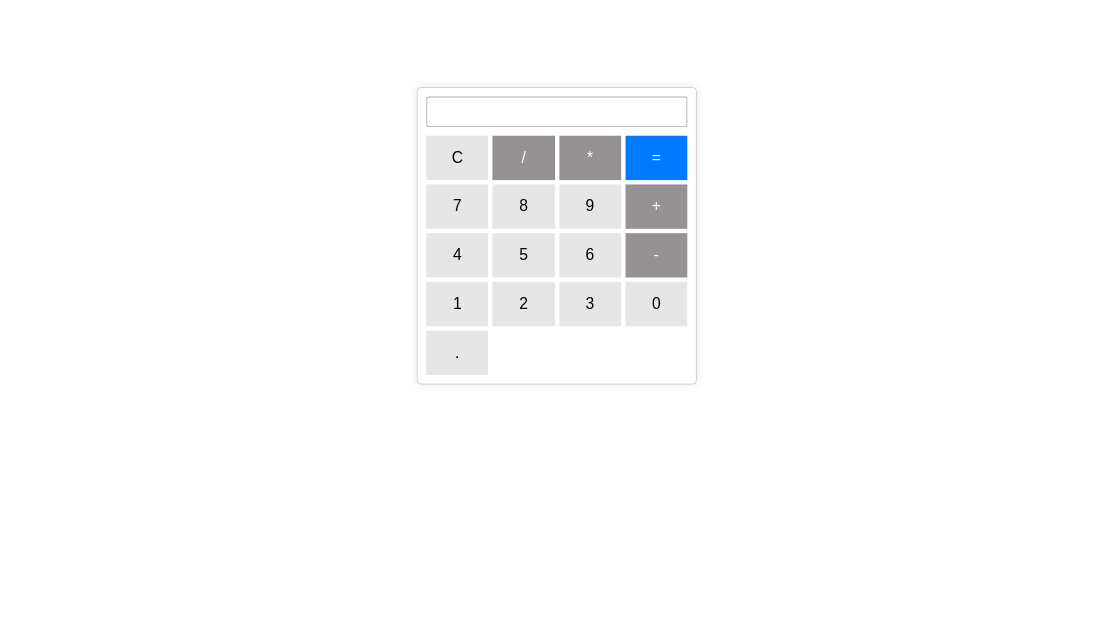
Repository: om9011/calculator
Page: index.html
The author's editor kept a copy of each file at every save. The page is drawn from the files as they stood at one save, then again after the next save.
The browser window is 1280 px wide. The pictures show the whole page, at 87% of full size.

Above is the page before, as saved 2024-02-21 11:08:39.

### index.html
<!DOCTYPE html>
<html lang="en">
<head>
  <meta charset="UTF-8">
  <meta name="viewport" content="width=device-width, initial-scale=1.0">
  <title>Calculator</title>
  <link rel="stylesheet" href="styles.css">
</head>
<body>
  <div class="calculator">
    <input type="text" id="display" readonly>
    <div class="buttons">
      <button onclick="clearDisplay()">C</button>
      <button class="operator" onclick="appendToDisplay('/')">/</button>
      <button class="operator" onclick="appendToDisplay('*')">*</button>
      <button class="calculate" onclick="calculate()">=</button>

      <button onclick="appendToDisplay('7')">7</button>
      <button onclick="appendToDisplay('8')">8</button>
      <button onclick="appendToDisplay('9')">9</button>
      <button class="operator" onclick="appendToDisplay('+')">+</button>

      <button onclick="appendToDisplay('4')">4</button>
      <button onclick="appendToDisplay('5')">5</button>
      <button onclick="appendToDisplay('6')">6</button>
      <button class="operator" onclick="appendToDisplay('-')">-</button>

      <button onclick="appendToDisplay('1')">1</button>
      <button onclick="appendToDisplay('2')">2</button>
      <button onclick="appendToDisplay('3')">3</button>
      <button onclick="appendToDisplay('0')">0</button>

      <button onclick="appendToDisplay('.')">.</button>
    </div>
  </div>
  <script src="script.js"></script>
</body>
</html>

### styles.css
.calculator {
  width: 300px;
  margin: 100px auto;
  border: 1px solid #ccc;
  padding: 10px;
  border-radius: 5px;
  box-shadow: 0 0 10px rgba(0, 0, 0, 0.1);
}

#display {
  width: calc(100% - 12px);
  margin-bottom: 10px;
  padding: 5px;
  font-size: 20px;
  border: 1.5px solid rgba(77, 77, 77, 0.447)  ;
  border-radius: 3px;
  outline: none;
}

.buttons {
  display: grid;
  grid-template-columns: repeat(4, 1fr);
  gap: 5px;
}

button {
  padding: 15px;
  font-size: 18px;
  border: none;
  outline: none;
  cursor: pointer;
  background-color: #e7e6e6;
  transition: background-color 0.3s ease;
}

button:hover {
  background-color: #e9ecef;
  color: black;
}

.operator {
  background-color: #969293;
  color: #fff;
}

.calculate {
  background-color: #007bff;
  color: #fff;
}

### script.js
function appendToDisplay(value) {
    document.getElementById('display').value += value;
  }

  function clearDisplay() {
    document.getElementById('display').value = '';
  }

  function calculate() {
    var display = document.getElementById('display');
    try {
      display.value = eval(display.value);
    } catch (error) {
      display.value = 'Error';
    }
  }

After the next save:
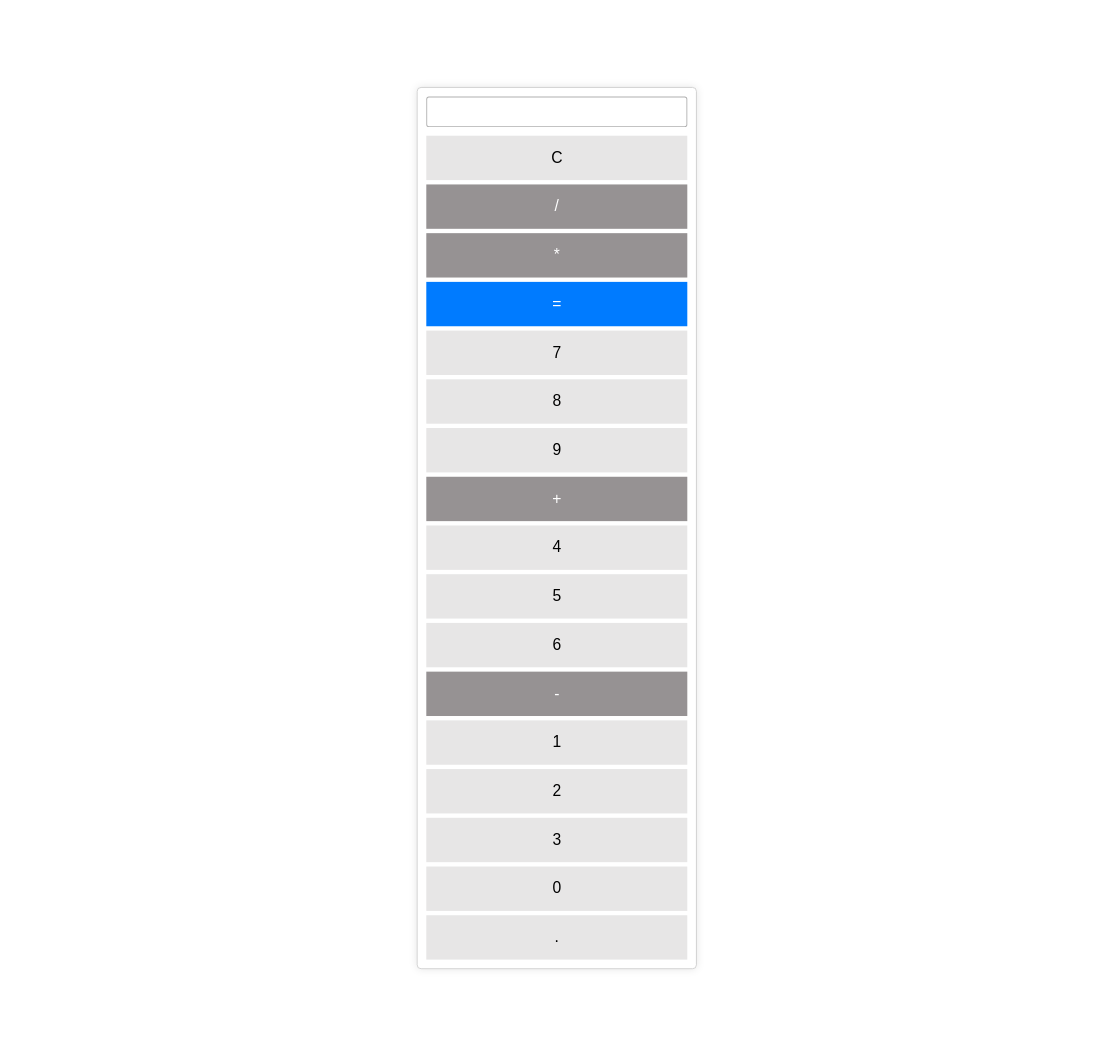
Saved 8 min 6 s later.
--- a/styles.css
+++ b/styles.css
@@ -19,7 +19,7 @@
 
 .buttons {
   display: grid;
-  grid-template-columns: repeat(4, 1fr);
+  grid-template-columns: repeat(, 1fr);
   gap: 5px;
 }
 
